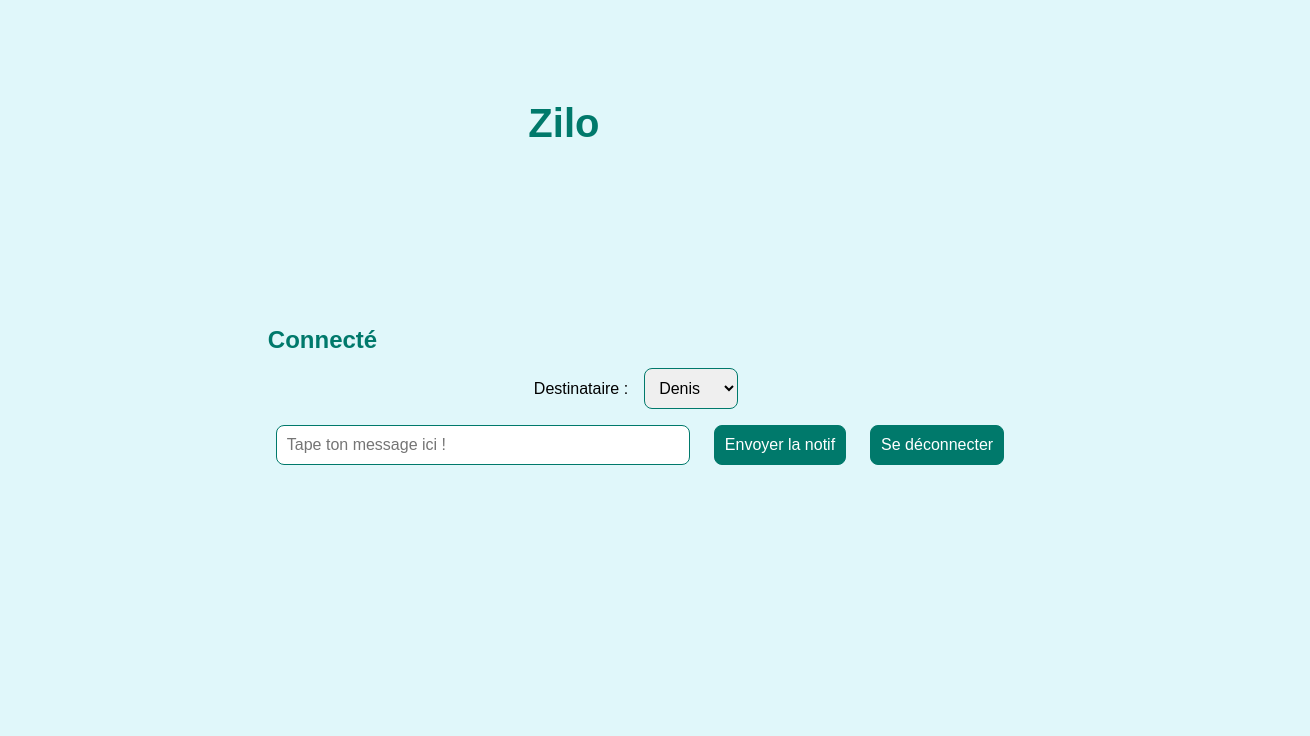
Repository: nlagardere/LumoNet
Page: public/index.html
These files come from the project's save history. The page is drawn as it stood at one moment and after the next save; the edit follows.
The browser window is 1280 px wide. The page is 1280 px wide, then 1310 px, so the pictures cover 1310 px, including what lies to the right of the window. The pictures show the whole page.

Above is the page before, as saved 2025-08-18 20:00:48.

After the next save:
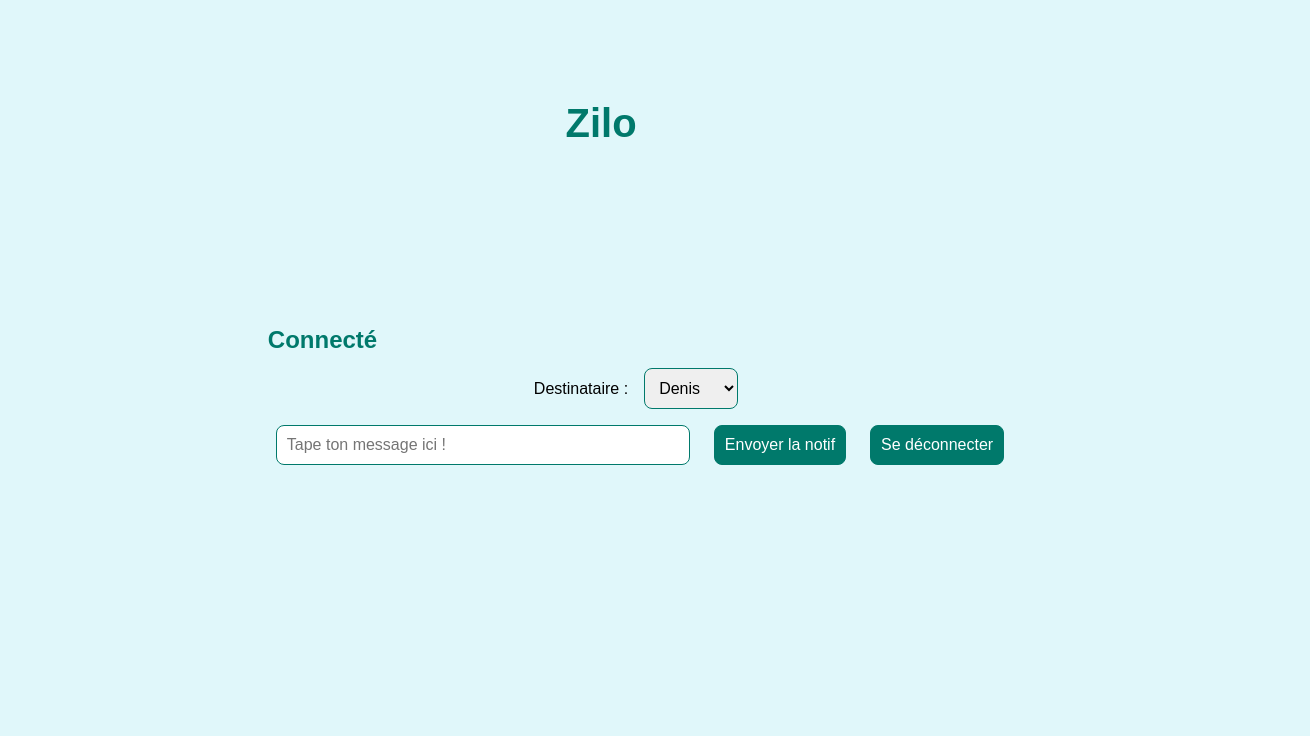
Saved 5 s later.
--- a/public/index.html
+++ b/public/index.html
@@ -49,7 +49,7 @@
       margin-bottom:12px;
       position: relative;
       top: -80%;
-      left: 35%;
+      left: 40%;
      }
 
 
